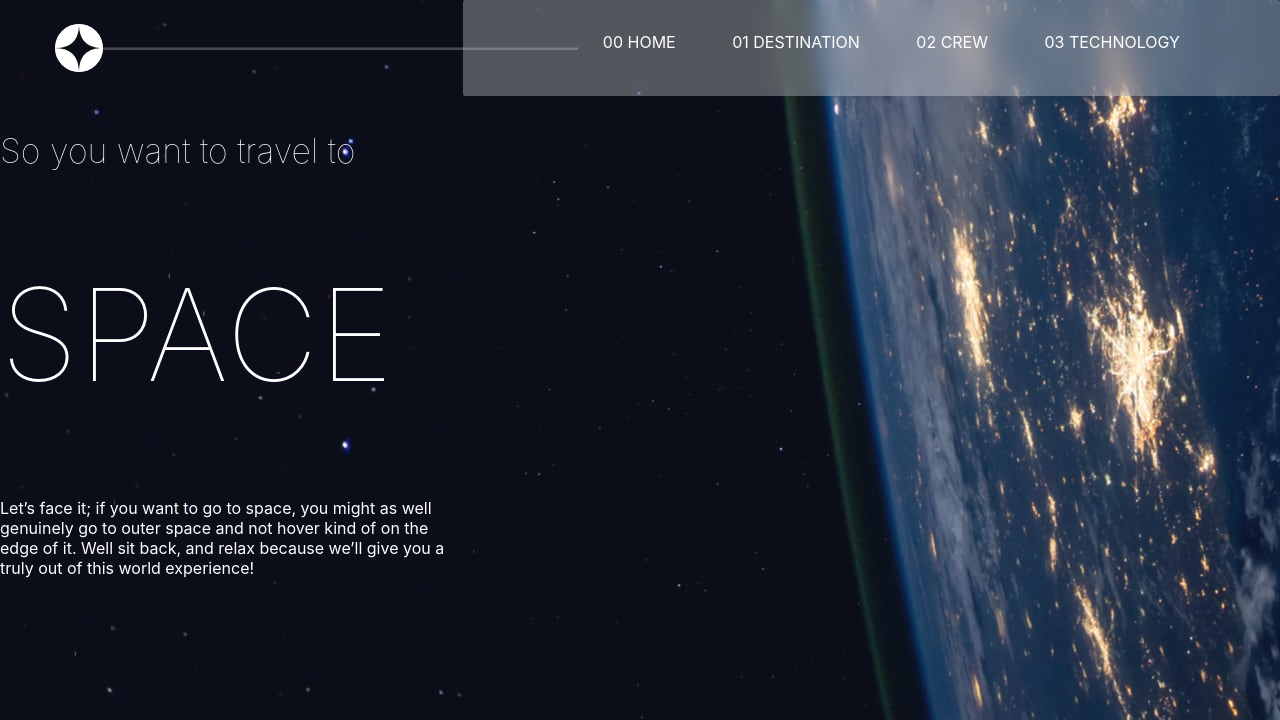
Repository: jhonenmanuel1/FrontEndMentor-MultiPageSpace
Page: /
These files come from the project's save history. The page is drawn as it stood at one moment and after the next save; the edit follows.
The browser window is 1280 px wide. The pictures show the whole page.
The project was rebuilt for these pictures with package versions that can differ from the ones it lists, and the page was loaded fresh each time.

Above is the page before, as saved 2022-06-21 16:36:25.

### src/App.js
import './App.css';
import HeaderView from './components/header';
import HomeView from './views/home';


function App() {
  return (
    <div className="App">
      <HeaderView/>
      <HomeView/>

    </div>
  );
}

export default App;

### src/App.css
body{
    background-image: url("../src/components/Images/home/background-home-desktop.jpg");
    background-color: #cccccc;


}

### src/components/header.js
import styles from "../styles/header.module.css"

const HeaderView = ()=>{

    return(
        <div className={styles.wraper}>
            <div className={styles.headerLogo}>
            <svg xmlns="http://www.w3.org/2000/svg" width="48" height="48"><g fill="none" fill-rule="evenodd"><circle cx="24" cy="24" r="24" fill="#FFF"/><path fill="#0B0D17" d="M24 0c0 16-8 24-24 24 15.718.114 23.718 8.114 24 24 0-16 8-24 24-24-16 0-24-8-24-24z"/></g></svg>
            </div>
            <div className={styles.headerLine}>
                <hr />
            </div>
            <div className={styles.headerMenu}>
                 <ul>
                    <li> 00 HOME</li>
                    <li> 01 DESTINATION </li>
                    <li> 02 CREW </li>
                    <li className={styles.lastList}> 03 TECHNOLOGY</li>

                </ul>
            </div>

        </div>
    )
}
export default HeaderView;

### src/views/home.js
import React from "react";
import styles from "../styles/homeview.module.css"

export default function HomeView(){
    return<>
        <div className={styles.homeSpaceTarget}>
            <div>
                <h3 className={styles.homeSpaceTargeth3}>So you want to travel to</h3>
                <h1 className={styles.homeSpaceTargeth1}>SPACE </h1>
                <p className={styles.homeSpaceTargetp}>Let’s face it; if you want to go to space, you might as well genuinely go to outer space and not hover kind of on the edge of it. Well sit back, and relax because we’ll give you a truly out of this world experience!</p>
            </div>
        </div>
    </>
}

### src/styles/header.module.css
.wraper {
    display: flex;
    justify-content: space-between;


    background-position: center center;
    background-repeat: no-repeat;
    background-size: cover


}
.headerLogo{
    display: flex;
    justify-content: center;
    align-items: center;


}
.headerLogo svg {
    background-color: aliceblue;
    border-radius: 100%;
    height: 48px;
    width: 48px;
    margin-left: 55px;
}

.headerMenu{
    background-color: rgba(255, 255, 255, 0.3);
    border-radius: 2px;
    text-align: center;
    backdrop-filter: blur(12px);
    -webkit-backdrop-filter: blur(10px);
    width: 830px;
    height: 96px;



}

.headerMenu ul {
    display: flex;
    justify-content:  space-between;
    align-items: center;
    padding-right: 100px;
    margin-left: 100px;
    margin-top: 32px;
    color: white;


}
.headerMenu ul li {
    text-decoration: none;
    list-style: none;

}

.headerLogo{
    color: white;

}
.headerLine {
    display: flex;
    justify-content: center;
    align-items: center;
    margin-right: -9%;
    z-index: 1;

}
.headerLine hr {
    height: 1px;
    background-color: white;
    color: white;
    width: 473px;
    opacity:  25.15%;

}

### src/styles/homeview.module.css
body{
    color: white;
}
.homeSpaceTarget{
    max-width: 461.76px;
    display: flex;
    justify-content: center;
    align-items: center;
}

.homeSpaceTargeth3 {
    font-weight: 1;
    font-size: 34px;
}
.homeSpaceTargeth1{
    font-weight: 1;
    font-size: 128px;
}

Loaded but not shown: public/index.html (common file); src/index.js (common file); src/index.css (common file); src/reportWebVitals.js (common file)

After the next save:
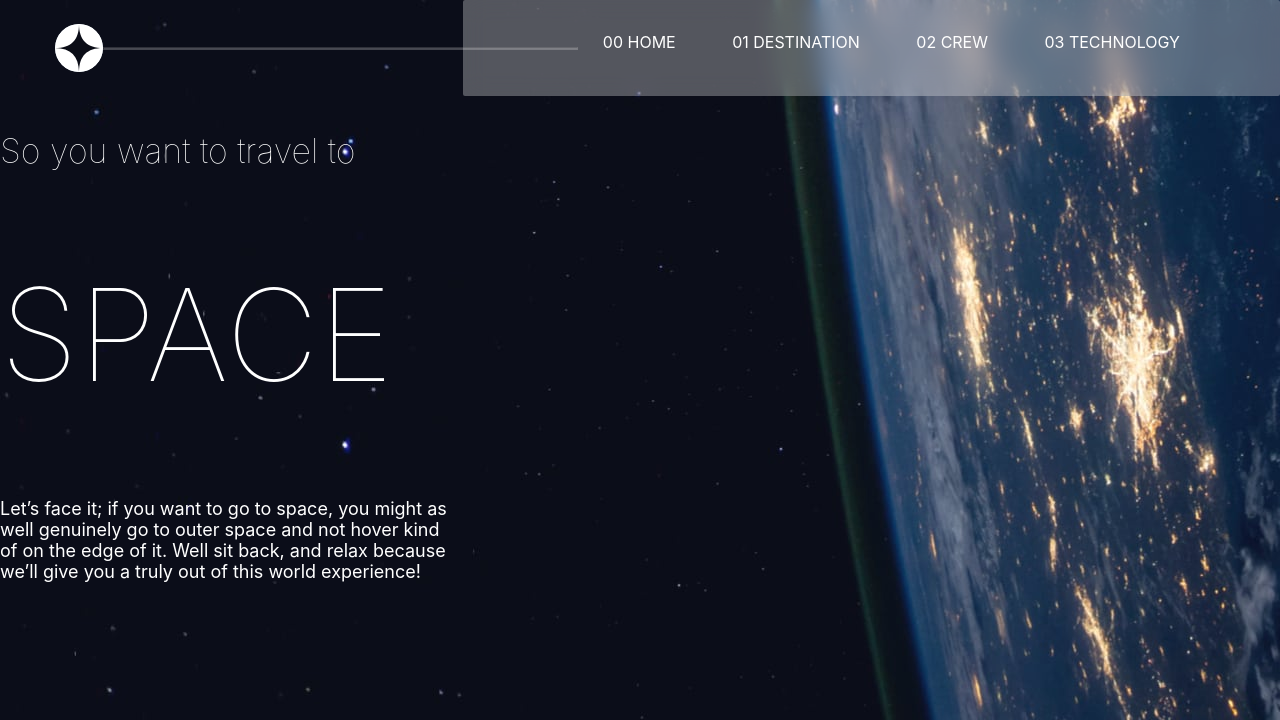
Saved 18 s later.
--- a/src/styles/homeview.module.css
+++ b/src/styles/homeview.module.css
@@ -16,3 +16,6 @@ body{
     font-weight: 1;
     font-size: 128px;
 }
+.homeSpaceTargetp{
+    font-size: 18px;
+}
